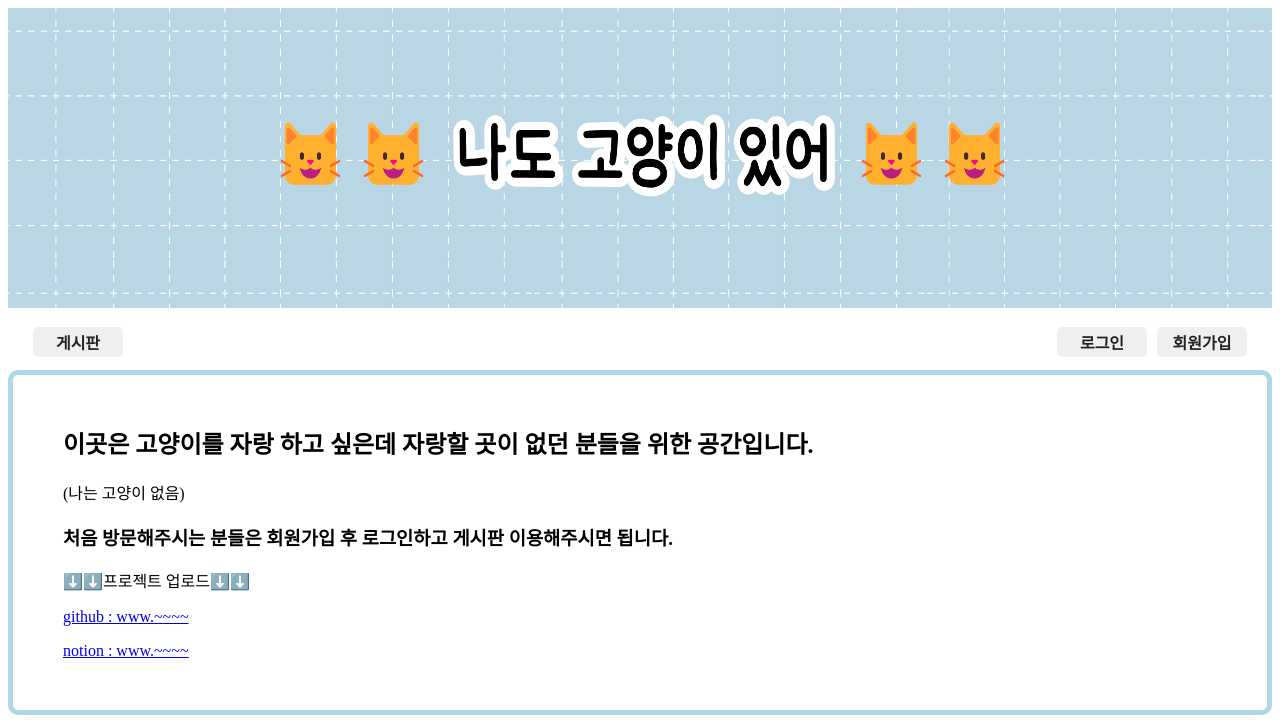
Repository: hh7711/Goit
Page: http://localhost/Goit/WEB-INF/views/mainPage.jsp
An editor plug-in stored every save of this project. The page is shown before and after the next save, followed by the edit.
The browser window is 1280 px wide. The pictures show the whole page.
Some web fonts or font styles are not loaded; a fallback is used. The page is served by Tomcat 9. Nobody is signed in. Other server files are loaded and not shown. The template is opened directly, without the code that normally fills it, so the values that code supplies are empty.

Above is the page before, as saved 2023-08-03 06:37:41.

### Goit/src/main/webapp/WEB-INF/views/mainPage.jsp
<%@ page language="java" contentType="text/html; charset=UTF-8"
    pageEncoding="UTF-8"%>
<%@ taglib prefix="c" uri="http://java.sun.com/jsp/jstl/core" %>
<!DOCTYPE html>
<html>
<head>
<meta charset="UTF-8">
<title>나도 고양이 있어</title>
	<style type="text/css">
		@font-face {
		    font-family: 'Dovemayo_gothic';
		    src: url('https://cdn.jsdelivr.net/gh/projectnoonnu/noonfonts_2302@1.1/Dovemayo_gothic.woff2') format('woff2');
		    font-weight: normal;
		    font-style: normal;
		}
		body,button {
			font-family: 'Dovemayo_gothic';
		}
		#main1{
			border: 5px solid lightblue;
			border-radius: 10px;
/* 			margin: 30px; */
		}
		.headBtnDiv{
			margin-bottom: 30px; margin-top: 10px;
			margin-left: 20px; margin-right: 20px;
		}
        .headBtn{
        	border: 0.5px;
        	width: 90px;
        	height: 30px;
        	color: rgb(34, 34, 34);
        	border-radius: 5px;
        	font-size: medium;
        	font-weight: bold;
        	margin: 5px;
/*         	margin-top: 5px; margin-left: 5px; margin-right: 5px; margin-bottom: 30px; */
        }
        .headBtn:hover{
        	background-color: rgb(211, 253, 255);
        }
        .headId{
        	font-size: medium;
        	font-weight: bold;
        	margin-top: 8px; margin-left: 5px; margin-right: 5px; margin-bottom: 10px;
        }
	</style>
</head>
<body>
	<div>
		<a href="mainPage">
			<img style="height: 300px;" alt="오류" src="resources/main/main15.png" width="100%">
		</a>
	</div>
	<div class="headBtnDiv">
		<button type="button" class="headBtn" style="float: left;" onclick="location.href='boardList'">게시판</button>
		<c:if test="${dto == null}">
			<button type="button" class="headBtn" style="float: right;" onclick="location.href='signUpPage'">회원가입</button>
			&nbsp;<button type="button" class="headBtn" style="float: right;" onclick="location.href='signInPage'">로그인</button>
		</c:if>
		<c:if test="${dto != null}">
			<button type="button" class="headBtn" style="float: right;" onclick="location.href='signOut'">로그아웃</button>&nbsp;
			<button type="button" class="headBtn" style="float: right;" onclick="location.href='myPage'">마이페이지</button>
			<span class="headId" style="float: right;">${dto.id}님</span>
		</c:if>
	</div>
	<div id="main1">
		<div id="main2">
			<div><!-- 본문 -->
<!-- 			<img alt="" src="resources/main.png" width="100%"> -->
				<div style="margin: 50px;">
<!-- 					<img alt="오류" src="resources/main/main1.jpg" width="100%"> -->
<!-- 					<img alt="오류" src="resources/main/main2.gif" width="100%"> -->
<!-- 					<img alt="오류" src="resources/main/main3.gif" width="100%"> -->
<!-- 					<img alt="오류" src="resources/main/main4.gif" width="100%"> -->
<!-- 					<img alt="오류" src="resources/main/main5.gif" width="100%"> -->
<!-- 					<img alt="오류" src="resources/main/main6.gif" width="100%"> -->
<!-- 					<img alt="오류" src="resources/main/main7.gif" width="100%"> -->
<!-- 					<img alt="오류" src="resources/main/main8.gif" width="100%"> -->
<!-- 					<img alt="오류" src="resources/main/main9.gif" width="100%"> -->
					<h2>이곳은 고양이를 자랑 하고 싶은데 자랑할 곳이 없던 분들을 위한 공간입니다.</h2>
					(나는 고양이 없음)
					<h3>처음 방문해주시는 분들은 회원가입 후 로그인하고 게시판 이용해주시면 됩니다.</h3>

					⬇️⬇️프로젝트 업로드⬇️⬇️
					<p><a href="#">github : www.~~~~</a></p>
					<p><a href="#">notion : www.~~~~</a></p>
				</div>
			</div><!-- 본문 -->
		</div><!-- main1 -->
	</div><!-- main2 -->
</body>
</html>

After the next save:
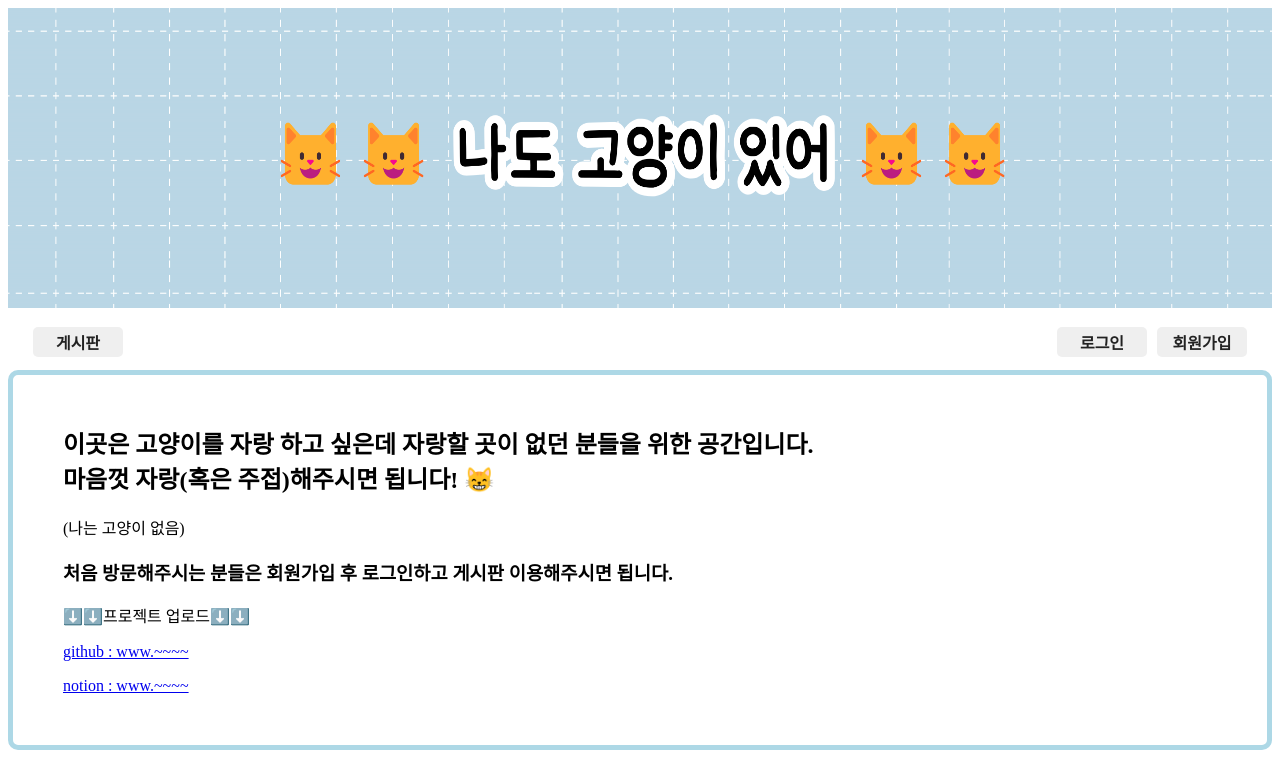
Saved 65 s later.
--- a/Goit/src/main/webapp/WEB-INF/views/mainPage.jsp
+++ b/Goit/src/main/webapp/WEB-INF/views/mainPage.jsp
@@ -78,7 +78,8 @@
 <!-- 					<img alt="오류" src="resources/main/main7.gif" width="100%"> -->
 <!-- 					<img alt="오류" src="resources/main/main8.gif" width="100%"> -->
 <!-- 					<img alt="오류" src="resources/main/main9.gif" width="100%"> -->
-					<h2>이곳은 고양이를 자랑 하고 싶은데 자랑할 곳이 없던 분들을 위한 공간입니다.</h2>
+					<h2>이곳은 고양이를 자랑 하고 싶은데 자랑할 곳이 없던 분들을 위한 공간입니다.<br>
+					마음껏 자랑(혹은 주접)해주시면 됩니다! 😸</h2>
 					(나는 고양이 없음)
 					<h3>처음 방문해주시는 분들은 회원가입 후 로그인하고 게시판 이용해주시면 됩니다.</h3>
 
